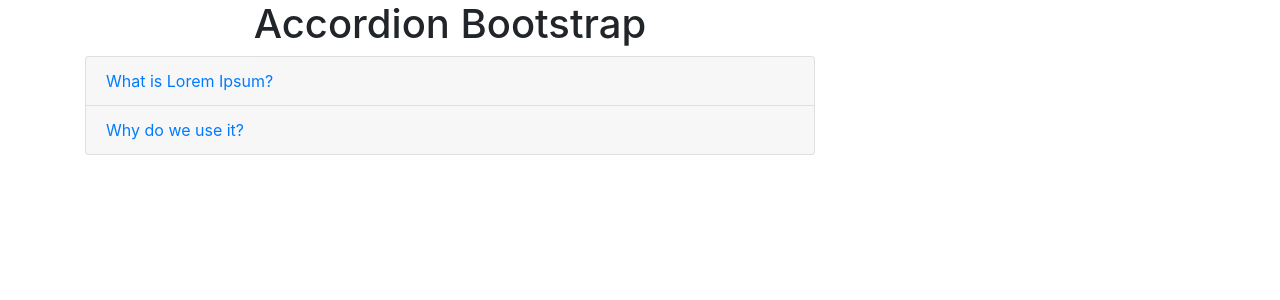
Repository: anhtu2110/front_end
Page: lesson/bootstrap/advance/5.25-accordion.html
These files come from the project's save history. The page is drawn as it stood at one moment and after the next save; the edit follows.
The browser window is 1280 px wide. The pictures show the whole page.

Above is the page before, as saved 2022-12-19 16:35:39.

### lesson/bootstrap/advance/5.25-accordion.html
<!DOCTYPE html>
<html lang="en">

<head>
    <meta charset="UTF-8" />
    <meta http-equiv="X-UA-Compatible" content="IE=edge" />
    <meta name="viewport" content="width=device-width, initial-scale=1.0" />
    <link rel="stylesheet" href="./bootstrap/css/bootstrap.min.css" />
    <title>Hiển thị nội dung kiểu Accordion - xổ thực đơn</title>
</head>

<body>
    <div class="container">
        <div class="row">
            <div class="col-md-8">
                <h1 class="text-center">Accordion Bootstrap</h1>

                <div class="accordion">
                    <div class="card">
                        <div class="card-header">
                            <a href="" class="card-link" data-toggle="collapse" data-target="#collapse-1">What is Lorem
                                Ipsum?</a>
                        </div>
                        <div class="collapse" id="collapse-1">
                            <div class="card-body">
                                Lorem ipsum dolor sit amet, consectetur adipisicing elit. Ea iusto quasi nulla
                                exercitationem. Quos nisi dolorem aliquid nulla possimus autem iste ipsam sit
                                consequatur adipisci debitis fuga ipsa aliquam odit qui illo veniam voluptatibus,
                                labore alias, veritatis animi? Quam alias explicabo autem aliquam dolorem aut
                                voluptas, blanditiis aliquid provident quod?
                            </div>
                        </div>
                    </div>
                    <!-- End card  -->
                    <div class="card">
                        <div class="card-header">
                            <a href="" class="card-link" data-toggle="collapse" data-target="#collapse-2">Why do we use
                                it?</a>
                            <div class="collapse" id="collapse-2">
                                <div class="card-body">
                                    Lorem ipsum dolor sit amet, consectetur adipisicing elit. Ea iusto quasi nulla
                                    exercitationem. Quos nisi dolorem aliquid nulla possimus autem iste ipsam sit
                                    consequatur adipisci debitis fuga ipsa aliquam odit qui illo veniam voluptatibus,
                                    labore alias, veritatis animi? Quam alias explicabo autem aliquam dolorem aut
                                    voluptas, blanditiis aliquid provident quod?
                                </div>
                            </div>
                        </div>
                    </div>
                </div>
            </div>
        </div>
    </div>
    <script src="js/jquery-3.6.1.min.js"></script>
    <script src="js/popper.min.js"></script>
    <script src="./bootstrap/js/bootstrap.min.js"></script>
</body>

</html>

Loaded but not shown: lesson/bootstrap/advance/bootstrap/css/bootstrap.min.css (library); lesson/bootstrap/advance/js/jquery-3.6.1.min.js (library); lesson/bootstrap/advance/js/popper.min.js (library); lesson/bootstrap/advance/bootstrap/js/bootstrap.min.js (library)

After the next save:
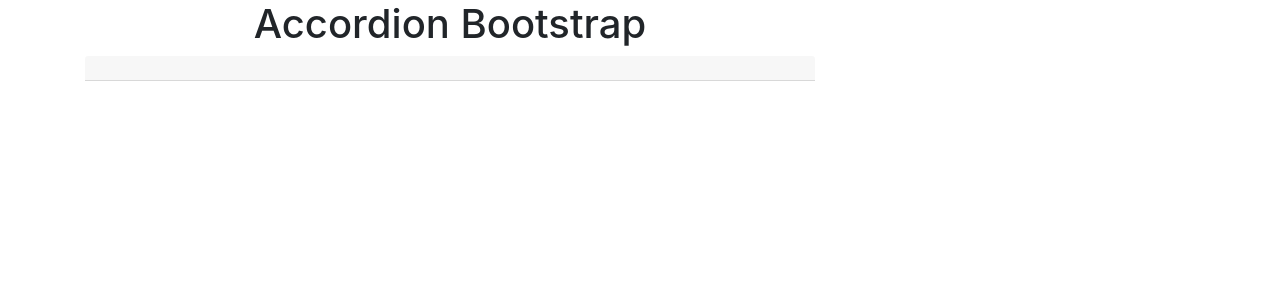
Saved 2 min 25 s later.
--- a/lesson/bootstrap/advance/5.25-accordion.html
+++ b/lesson/bootstrap/advance/5.25-accordion.html
@@ -14,37 +14,16 @@
         <div class="row">
             <div class="col-md-8">
                 <h1 class="text-center">Accordion Bootstrap</h1>
-
                 <div class="accordion">
-                    <div class="card">
-                        <div class="card-header">
-                            <a href="" class="card-link" data-toggle="collapse" data-target="#collapse-1">What is Lorem
-                                Ipsum?</a>
-                        </div>
-                        <div class="collapse" id="collapse-1">
-                            <div class="card-body">
-                                Lorem ipsum dolor sit amet, consectetur adipisicing elit. Ea iusto quasi nulla
-                                exercitationem. Quos nisi dolorem aliquid nulla possimus autem iste ipsam sit
-                                consequatur adipisci debitis fuga ipsa aliquam odit qui illo veniam voluptatibus,
-                                labore alias, veritatis animi? Quam alias explicabo autem aliquam dolorem aut
-                                voluptas, blanditiis aliquid provident quod?
-                            </div>
-                        </div>
+                    <div class="card-header">
+                        <a href="" class="card-link"></a>
                     </div>
-                    <!-- End card  -->
-                    <div class="card">
-                        <div class="card-header">
-                            <a href="" class="card-link" data-toggle="collapse" data-target="#collapse-2">Why do we use
-                                it?</a>
-                            <div class="collapse" id="collapse-2">
-                                <div class="card-body">
-                                    Lorem ipsum dolor sit amet, consectetur adipisicing elit. Ea iusto quasi nulla
-                                    exercitationem. Quos nisi dolorem aliquid nulla possimus autem iste ipsam sit
-                                    consequatur adipisci debitis fuga ipsa aliquam odit qui illo veniam voluptatibus,
-                                    labore alias, veritatis animi? Quam alias explicabo autem aliquam dolorem aut
-                                    voluptas, blanditiis aliquid provident quod?
-                                </div>
-                            </div>
+                    <div class="collapse">
+                        <div class="card-body">
+                            Lorem ipsum dolor sit amet consectetur adipisicing elit. Molestiae provident officia maxime,
+                            magni omnis possimus rerum! Ullam ratione quos quaerat beatae unde quidem, praesentium
+                            nesciunt id, modi amet enim quia tempore deleniti sed quasi inventore saepe delectus et fuga
+                            nostrum provident, iusto placeat. Illo, quis cum porro dolore eaque assumenda!
                         </div>
                     </div>
                 </div>
